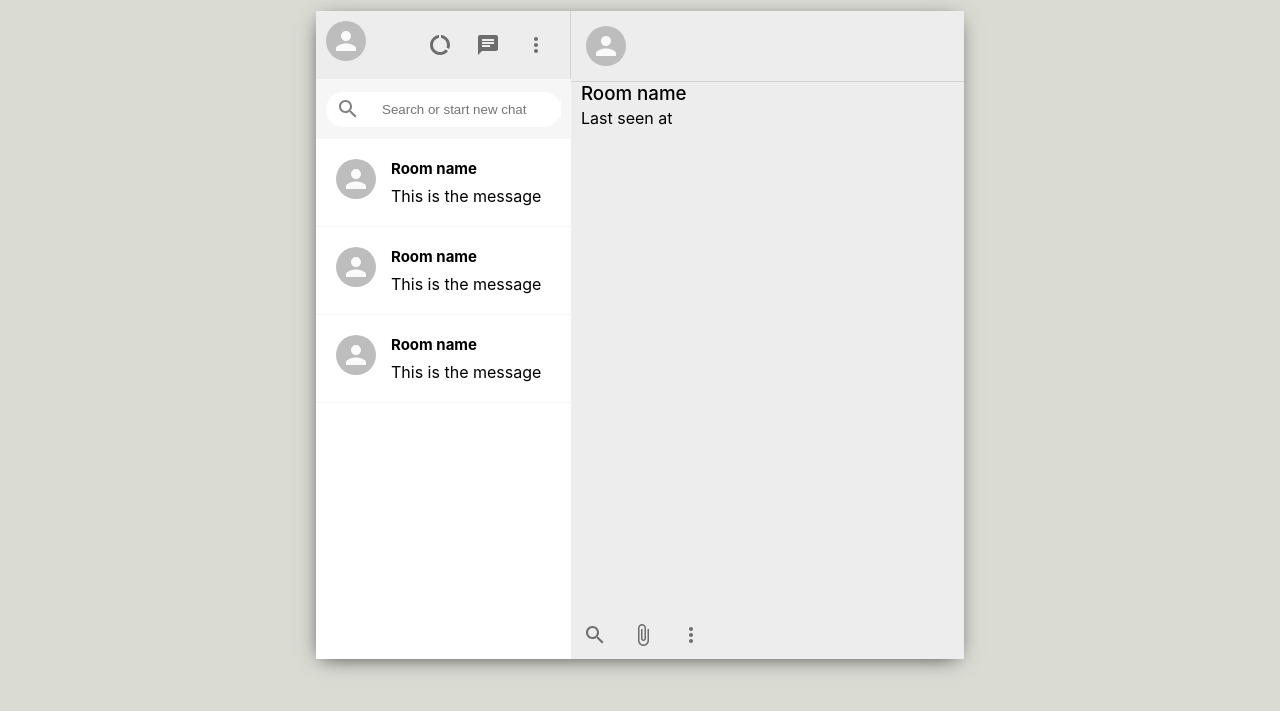
Repository: SayedJamil/WhatsappClone
Page: /
These files come from the project's save history. The page is drawn as it stood at one moment and after a run of saves; the edit follows.
The browser window is 1280 px wide. The pictures show the whole page.
The project was rebuilt for these pictures with package versions that can differ from the ones it lists, and the page was loaded fresh each time.

Above is the page before, as saved 2021-06-23 12:15:29.

### src/App.js
import React from 'react';
import './App.css';
import Sidebar from './Sidebar';
import Chat from './Chat'
function App() {
  return (
    <div className="app">
      <div className="app_body">
        <Sidebar />
        <Chat />
      </div>

    </div>
  );
}

export default App;

### src/App.css
* {
  margin: 0;
  bottom: 0;
}

.app {
  display: grid;
  place-items: center;
  height: 100vh;
  background-color: #dadbd3;
}

.app_body {
  display: flex;
  background-color: #ededed;
  margin-top: -50px;
  height: 90vh;
  width: 90vh;
  box-shadow: -1px 4px 20px -6px rgba(0, 0, 0, 0.75);
}

### src/Sidebar.js
import React from 'react'
import './Sidebar.css'
import DataUsageIcon from '@material-ui/icons/DataUsage';
import ChatIcon from '@material-ui/icons/Chat';
import { IconButton, Avatar } from '@material-ui/core';
import MoreVertIcon from '@material-ui/icons/MoreVert';
import { SearchOutlined } from '@material-ui/icons';
import SidebarChat from './SidebarChat';
function Sidebar() {
    return (
        <div className="sidebar">
            <div className="sidebar_header">
                <Avatar />
                <div className="siderbar_headrright">
                    <IconButton>
                        <DataUsageIcon />
                    </IconButton>
                    <IconButton>
                        <ChatIcon />
                    </IconButton>
                    <IconButton>
                        <MoreVertIcon />
                    </IconButton>
                </div>
            </div>
            <div className="sidebar_search">
                <div className="search_container">
                    <SearchOutlined />
                    <input type="text" placeholder="Search or start new chat" />
                </div>
            </div>
            <div className="sidebar_chats">
                <SidebarChat />
                <SidebarChat />
                <SidebarChat />

            </div>
        </div>
    )
}

export default Sidebar

### src/Chat.js
import React from 'react'
import './Chat.css'
import { IconButton, Avatar } from '@material-ui/core';
import SearchIcon from '@material-ui/icons/Search';
import AttachFileIcon from '@material-ui/icons/AttachFile';
import MoreVertIcon from '@material-ui/icons/MoreVert';
function Chat() {
    return (
        <div className="chat">
            <div className="chat_header">
                <Avatar />
            </div>
            <div className="chat_info">
                <h3>Room name</h3>
                <p>Last seen at</p>
            </div>
            <div className="chat_right">
                <IconButton>
                    <SearchIcon />
                </IconButton>
                <IconButton>
                    <AttachFileIcon />
                </IconButton>
                <IconButton>
                    <MoreVertIcon />
                </IconButton>
            </div>
        </div>
    )
}

export default Chat

### src/Sidebar.css
.sidebar {
  display: flex;
  flex-direction: column;
  flex: 0.35;
}
.sidebar_header {
  display: flex;
  justify-content: space-between;
  padding: 10px;
  border-right: 1px solid lightgray;
}

.sidebar_headerright {
  min-width: 10vw;
  display: flex;
  align-items: center;
  justify-content: center;
}


.sidebar_headerright > .MuiSvgIcon-root {
  margin-right: 2vw;
  font-size: 24px !important;
}

.sidebar_search {
  display: flex;
  align-items: center;
  background-color: #f6f6f6;
  height: 40px;
  padding: 10px;
}
.search_container {
  display: flex;
  align-items: center;
  background-color: #fff;
  height: 35px;
  width: 100%;

  border-radius: 20px;
}

.search_container > .MuiSvgIcon-root {
  color: gray;
  padding: 10px;
}

.search_container > input {
  border: none;
  outline-width: 0;
  margin-left: 10px;
}


.sidebar_chats{
  flex:1;
  background-color: white;
  overflow: scroll;
}

### src/SidebarChat.js
import React from 'react'
import './SidebarChat.css'
import { Avatar } from '@material-ui/core'

function SidebarChat() {
    return (
        <div className="sidebarchat">
            <Avatar />
            <div className="sidebarchat_info">
                <h2>Room name</h2>
                <p>This is the message</p>
            </div>
        </div>
    )
}

export default SidebarChat

### src/Chat.css
.chat {
  display: flex;
  flex-direction: column;
  flex: 0.65;
}

.chat_header{
display: flex;
align-items: center;
border-bottom: 1px solid lightgray;
padding: 15px;
}

.chat_info{
flex: 1;
padding-left: 10px;
}
.chat_info>h3{
  margin-bottom: 3px;
  font-weight: 500;
}
.chat_right{

}

### src/SidebarChat.css
.sidebarchat{
    display: flex;
    padding: 20px;
    cursor: pointer;
    border-bottom: 1px solid #f6f6f6;
}

.sidebarchat:hover{
 transform: scale(1.1);
 border-bottom: none;
 background-color: #ebebeb;
}

.sidebarchat_info>h2{
    font-size: 15px;
    margin-bottom: 8px;
}

.sidebarchat_info{
    margin-left: 15px;
}

Loaded but not shown: public/index.html (common file); src/index.js (common file); src/index.css (common file)

After the next 2 saves:
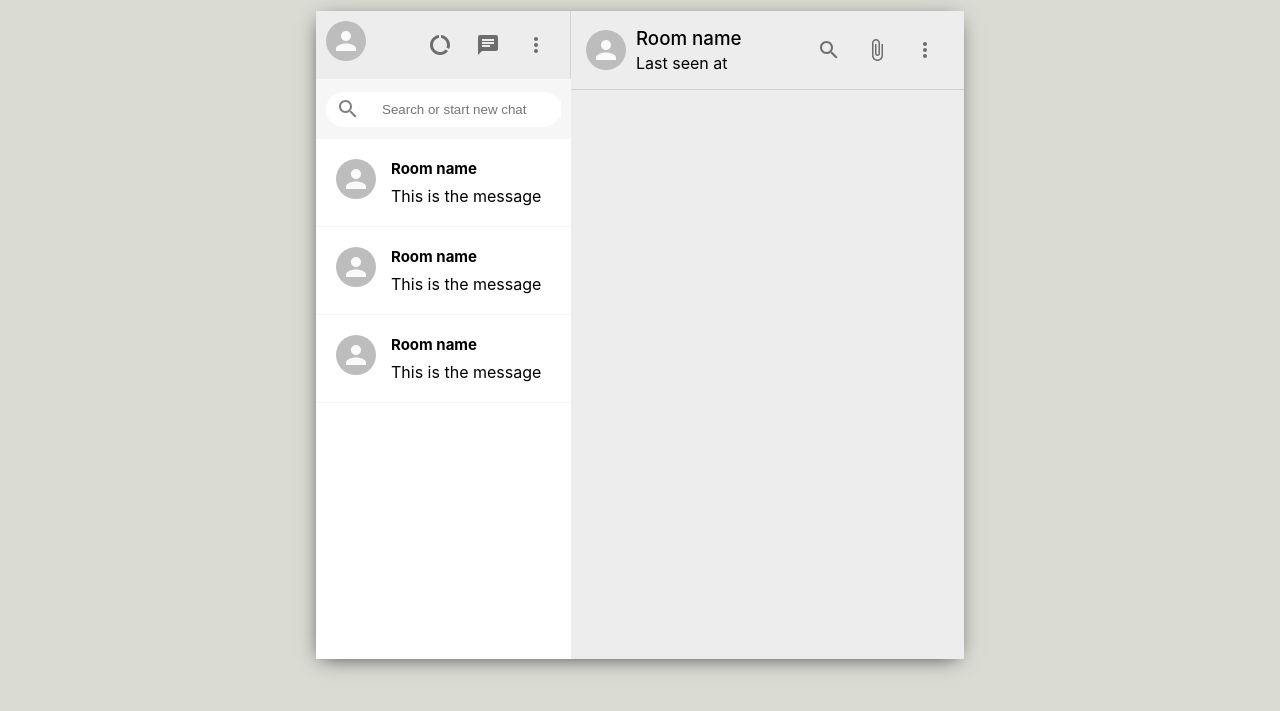
The 2 saves are shown as one change because they came seconds apart.
The last was saved 99 s later.
--- a/src/Chat.js
+++ b/src/Chat.js
@@ -9,21 +9,22 @@ function Chat() {
         <div className="chat">
             <div className="chat_header">
                 <Avatar />
-            </div>
-            <div className="chat_info">
-                <h3>Room name</h3>
-                <p>Last seen at</p>
-            </div>
-            <div className="chat_right">
-                <IconButton>
-                    <SearchIcon />
-                </IconButton>
-                <IconButton>
-                    <AttachFileIcon />
-                </IconButton>
-                <IconButton>
-                    <MoreVertIcon />
-                </IconButton>
+
+                <div className="chat_info">
+                    <h3>Room name</h3>
+                    <p>Last seen at</p>
+                </div>
+                <div className="chat_right">
+                    <IconButton>
+                        <SearchIcon />
+                    </IconButton>
+                    <IconButton>
+                        <AttachFileIcon />
+                    </IconButton>
+                    <IconButton>
+                        <MoreVertIcon />
+                    </IconButton>
+                </div>
             </div>
         </div>
     )
